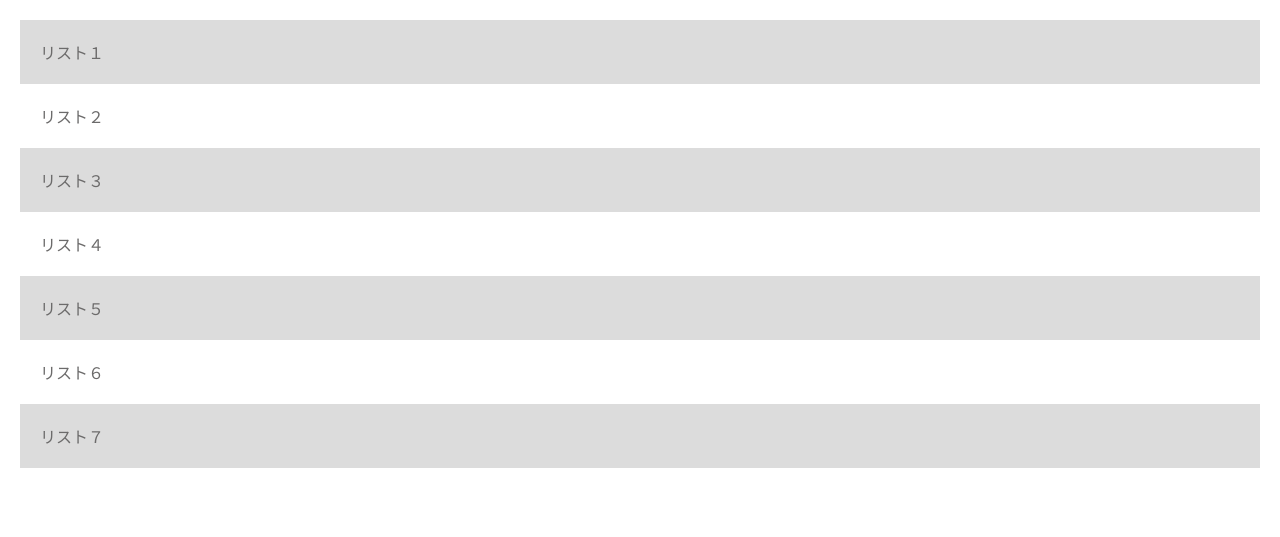
Repository: kiruha313/DWC
Page: exersise8/index.html
The author's editor kept a record of every edit. The page is drawn from the files as they stood at one moment, then again after the next edit.
The browser window is 1280 px wide. The pictures show the whole page.

Above is the page before.

After the next edit:
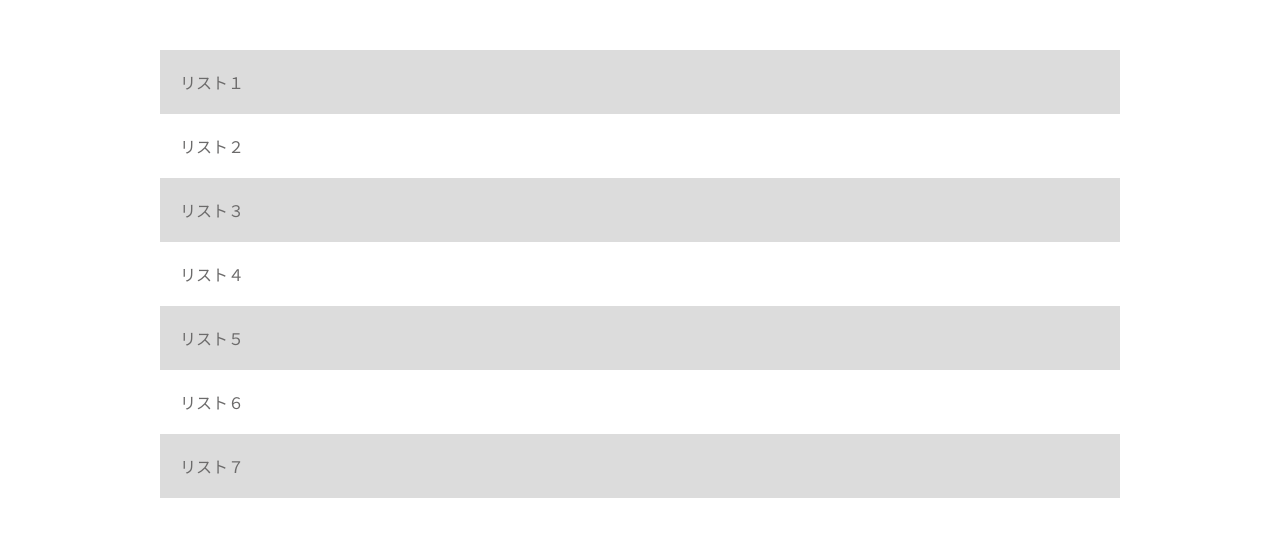
The edit:
--- a/exersise8/index.html
+++ b/exersise8/index.html
@@ -6,15 +6,15 @@
     <title>8</title>
   </head>
 
-  <body class="list">
-    <div class="list-item">
-      <div class="list">リスト１</div>
-      <div class="list">リスト２</div>
-      <div class="list">リスト３</div>
-      <div class="list">リスト４</div>
-      <div class="list">リスト５</div>
-      <div class="list">リスト６</div>
-      <div class="list">リスト７</div>
-    </div>
-  </body>
+    <body class="list-box">
+      <div class="list-item">
+        <div class="list">リスト１</div>
+        <div class="list">リスト２</div>
+        <div class="list">リスト３</div>
+        <div class="list">リスト４</div>
+        <div class="list">リスト５</div>
+        <div class="list">リスト６</div>
+        <div class="list">リスト７</div>
+      </div>
+    </body>
 </html>
